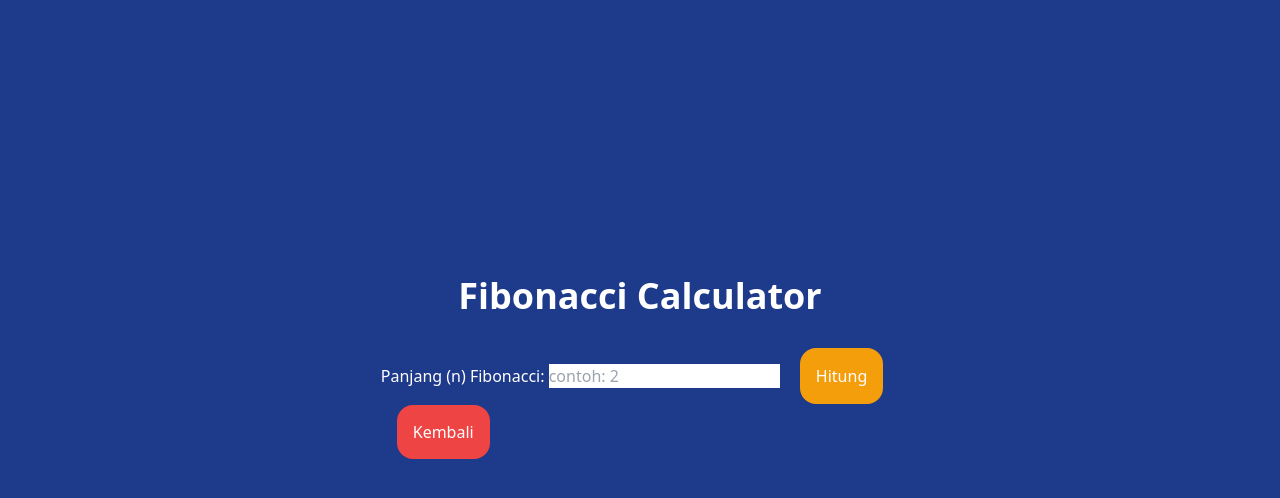
Repository: RifaiKN/flask-week10
Page: http://localhost/fibonacci
An editor plug-in stored every save of this project. The page is shown before and after the next save, followed by the edit.
The browser window is 1280 px wide. The pictures show the whole page.
The page is served by the project's application, run on Flask 3 (app.py). Other server files are loaded and not shown.

Above is the page before, as saved 2023-11-17 22:35:31.

### templates/fibonacci.html
<!DOCTYPE html>
<html lang="en">

<head>
    <meta charset="UTF-8">
    <meta name="viewport" content="width=device-width, initial-scale=1.0">
    <title>Fibonacci | Rifai</title>
    <link rel="stylesheet" href="https://unpkg.com/tailwindcss@^2.2/dist/tailwind.min.css">
</head>
<body class="bg-blue-900 text-white flex flex-col items-center justify-center min-h-screen">
    <div class="">
        <h1 class="text-4xl font-bold mb-4">Fibonacci Calculator</h1>
    </div>
    {% if result %}
        <div>
            <a href="/" class="m-4 p-4 bg-red-500 hover:bg-red-600 rounded-2xl text-white">Kembali</a>
        </div>
        <div class="mb-10">
            <h2>Deret Fibonacci:</h2>
        </div>
        <div>
            <p>{{ result|join(' ') }}</p>
        </div>

    {% else %}
        <form action="/fibonacci" method="post">
            <label for="length">Panjang (n) Fibonacci:</label>
            <input type="number" name="length" placeholder="contoh: 2" required style="color: black;">
            <button class="m-4 p-4 bg-yellow-500 hover:bg-yellow-600 rounded-2xl text-white" type="submit">Hitung</button>
            <div>
                <a href="/" class="m-4 p-4 bg-red-500 hover:bg-red-600 rounded-2xl text-white">Kembali</a>
            </div>
        </form>
        {% if error %}
            <p style="color: red;">{{ error }}</p>
            <div>
                <a href="/" class="m-4 p-4 bg-red-500 hover:bg-red-600 rounded-2xl text-white">Kembali</a>
            </div>
        {% endif %}
    {% endif %}

</body>

### app.py
from flask import Flask, render_template, request, redirect
from fibonacci import get_fibonacci_sequence
from csv2json import tampilkan_data
import csv

app = Flask(__name__)

# Route untuk homepage - Nomor 1
@app.route('/')
def home():
    return render_template('home.html')

@app.route('/profil')
def profil():
    return render_template('profil.html')

@app.route('/hobi')
def hobi():
    return render_template('hobi.html')

@app.route('/pendidikan')
def pendidikan():
    return render_template('pendidikan.html')

@app.route('/pengalaman')
def pengalaman():
    return render_template('pengalaman.html')

# Route untuk Fibonacci - Nomor 2
@app.route('/fibonacci', methods=['GET', 'POST'])
def fibonacci():
    result = None
    error = None
    if request.method == 'POST':
        try:
            length = int(request.form['length'])
            if length < 0:
                raise ValueError("Deret Fibonacci tidak boleh kurang dari 0")
            result = get_fibonacci_sequence(length)
        except ValueError as e:
            error = str(e)

    return render_template('fibonacci.html', result=result, error=error)

# Route untuk CSV2JSON - Nomor 3
@app.route('/getjson')
def csvtojson():
    return tampilkan_data()

# Route untuk Form - Nomor 4
@app.route('/form/', methods=['GET', 'POST'])
def form():
    if request.method == 'POST':
        try:
            nama = request.form['nama']
            email = request.form['email']
            pesan = request.form['pesan']

            # Simpan data ke file forms.csv
            with open('static/forms.csv', 'a', newline='') as csvfile:
                fieldnames = ['Nama', 'Email', 'Pesan']
                writer = csv.DictWriter(csvfile, fieldnames=fieldnames)

                # Tulis data ke file CSV
                writer.writerow({'Nama': nama, 'Email': email, 'Pesan': pesan})

            return redirect('/hasilform/')  # Redirect ke halaman /hasilform/

        except Exception as e:
            return f"An error occurred: {str(e)}"

    return render_template('form.html')


@app.route('/hasilform/')
def hasil_form():
    # Baca data dari file forms.csv
    with open('static/forms.csv', 'r') as csvfile:
        reader = csv.DictReader(csvfile)
        data = list(reader)

    return render_template('hasilform.html', data=data)

if __name__ == "__main__":
    app.run(debug=True)

After the next save:
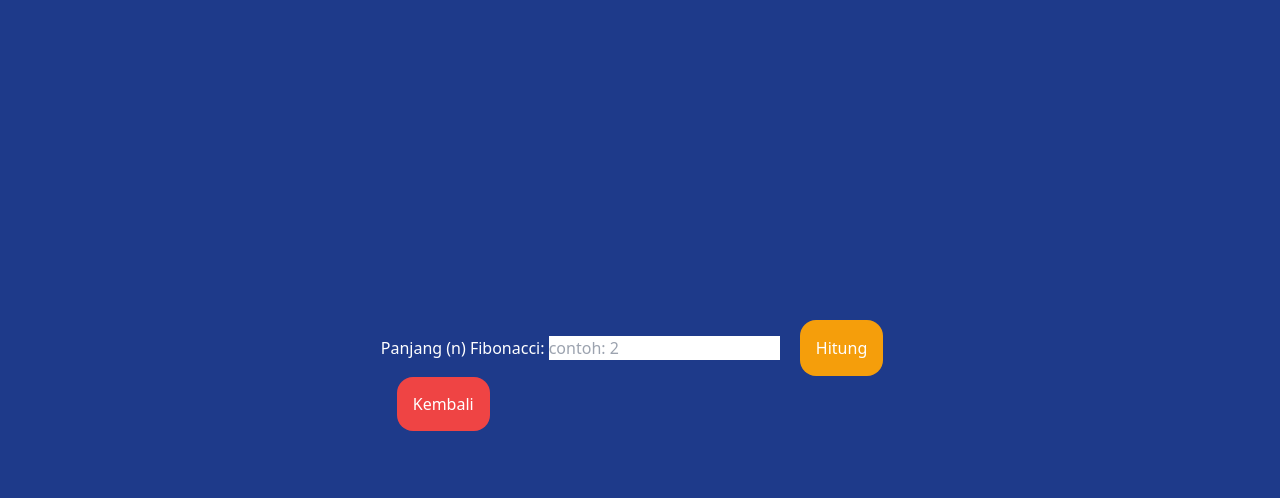
Saved 2 min 7 s later.
--- a/templates/fibonacci.html
+++ b/templates/fibonacci.html
@@ -8,10 +8,10 @@
     <link rel="stylesheet" href="https://unpkg.com/tailwindcss@^2.2/dist/tailwind.min.css">
 </head>
 <body class="bg-blue-900 text-white flex flex-col items-center justify-center min-h-screen">
-    <div class="">
-        <h1 class="text-4xl font-bold mb-4">Fibonacci Calculator</h1>
-    </div>
     {% if result %}
+        <div class="">
+            <h1 class="text-4xl font-bold mb-4">Fibonacci Calculator</h1>
+        </div>
         <div>
             <a href="/" class="m-4 p-4 bg-red-500 hover:bg-red-600 rounded-2xl text-white">Kembali</a>
         </div>

After the save that followed:
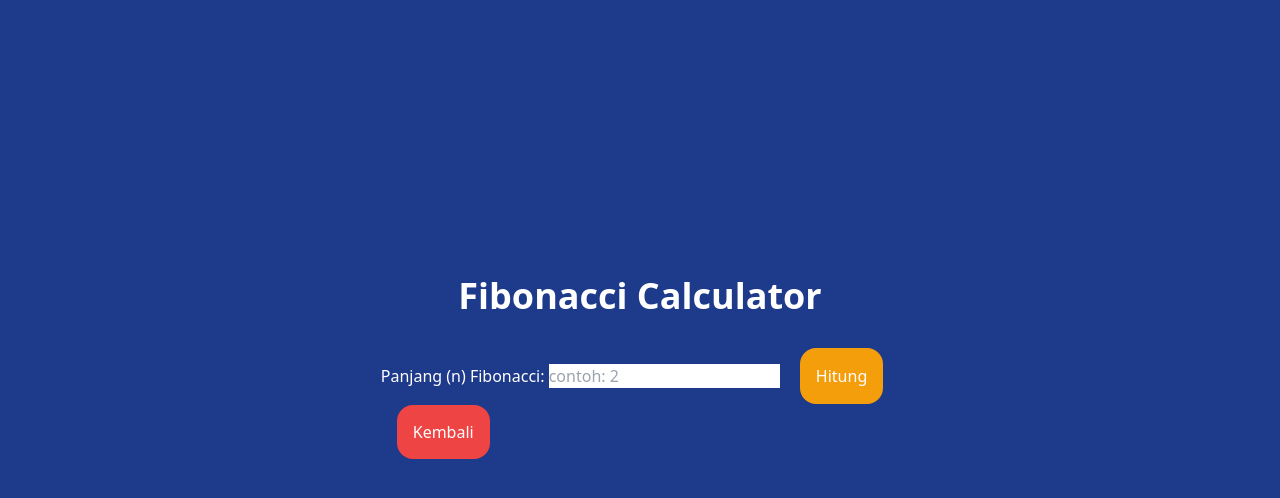
Saved 10 s later.
--- a/templates/fibonacci.html
+++ b/templates/fibonacci.html
@@ -23,6 +23,9 @@
         </div>
 
     {% else %}
+        <div class="">
+            <h1 class="text-4xl font-bold mb-4">Fibonacci Calculator</h1>
+        </div>
         <form action="/fibonacci" method="post">
             <label for="length">Panjang (n) Fibonacci:</label>
             <input type="number" name="length" placeholder="contoh: 2" required style="color: black;">
